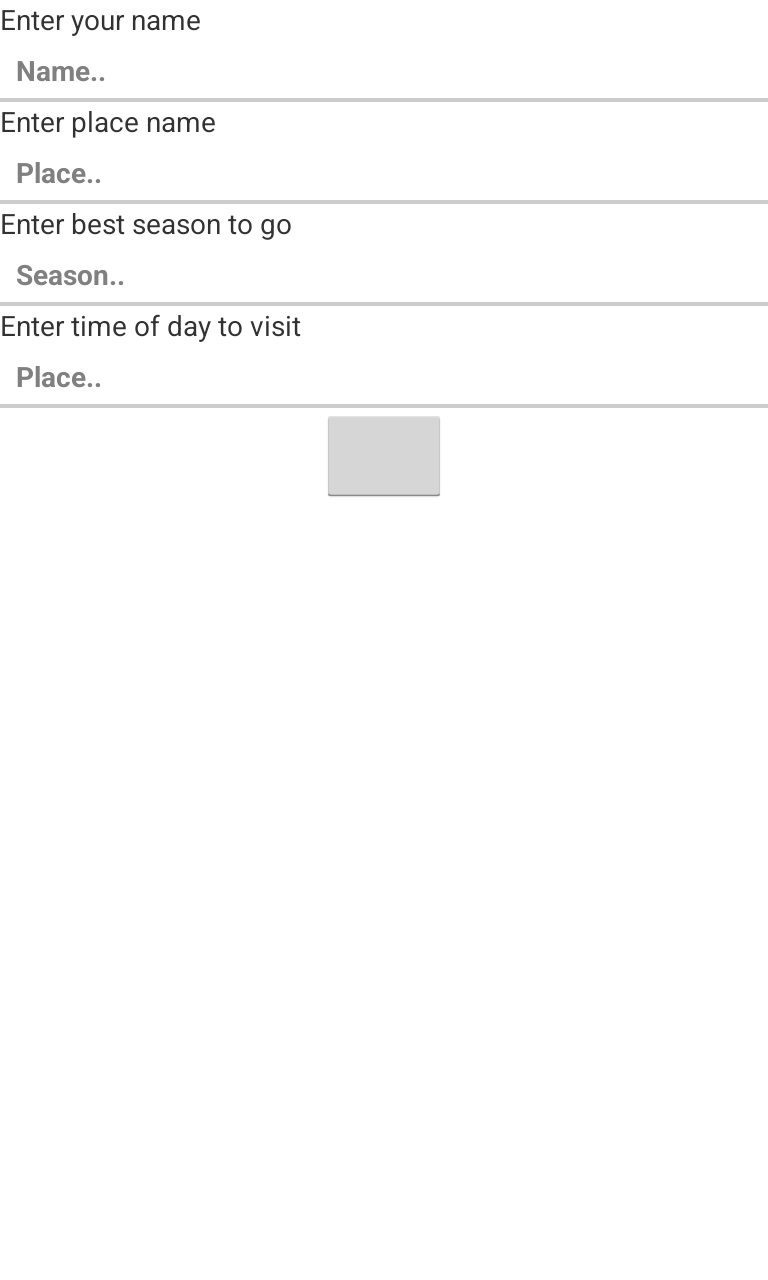
Repository: sandeshshetty/TravelZeus
Layout: TravelZeus/res/layout/fragment_insert_info.xml
These files come from the project's save history. The layout is drawn as it stood at one moment and after the next save; the edit follows.
It is drawn on a 768 x 1280 px phone screen (xhdpi) without system bars, with theme AppTheme; the app's code is not run.

Above is the layout before, as saved 2015-05-16 15:14:08.

After the next save:
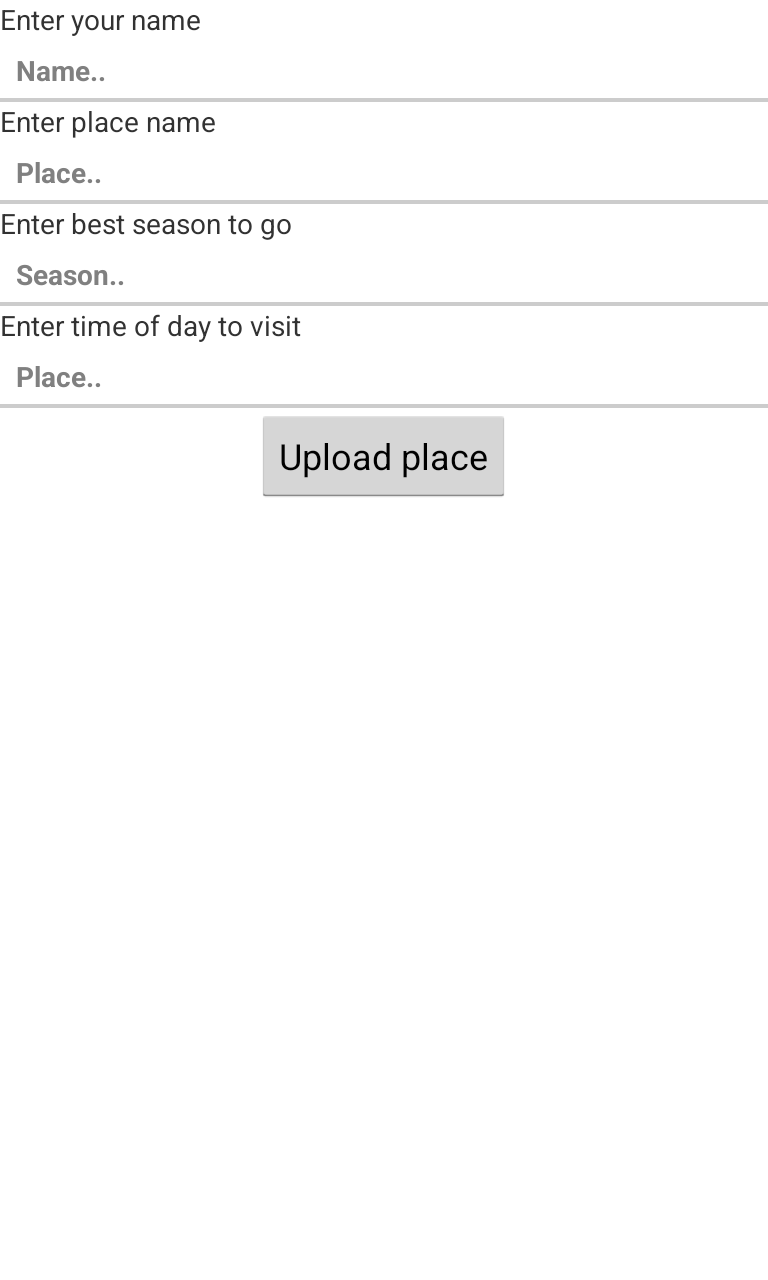
Saved 14 s later.
--- a/TravelZeus/res/layout/fragment_insert_info.xml
+++ b/TravelZeus/res/layout/fragment_insert_info.xml
@@ -57,6 +57,6 @@
         android:layout_width="wrap_content"
         android:layout_height="wrap_content"
        	android:layout_gravity="center_horizontal"
-       	android:contentDescription="Upload place" />
+       	android:text="Upload place" />
 
 </LinearLayout>
